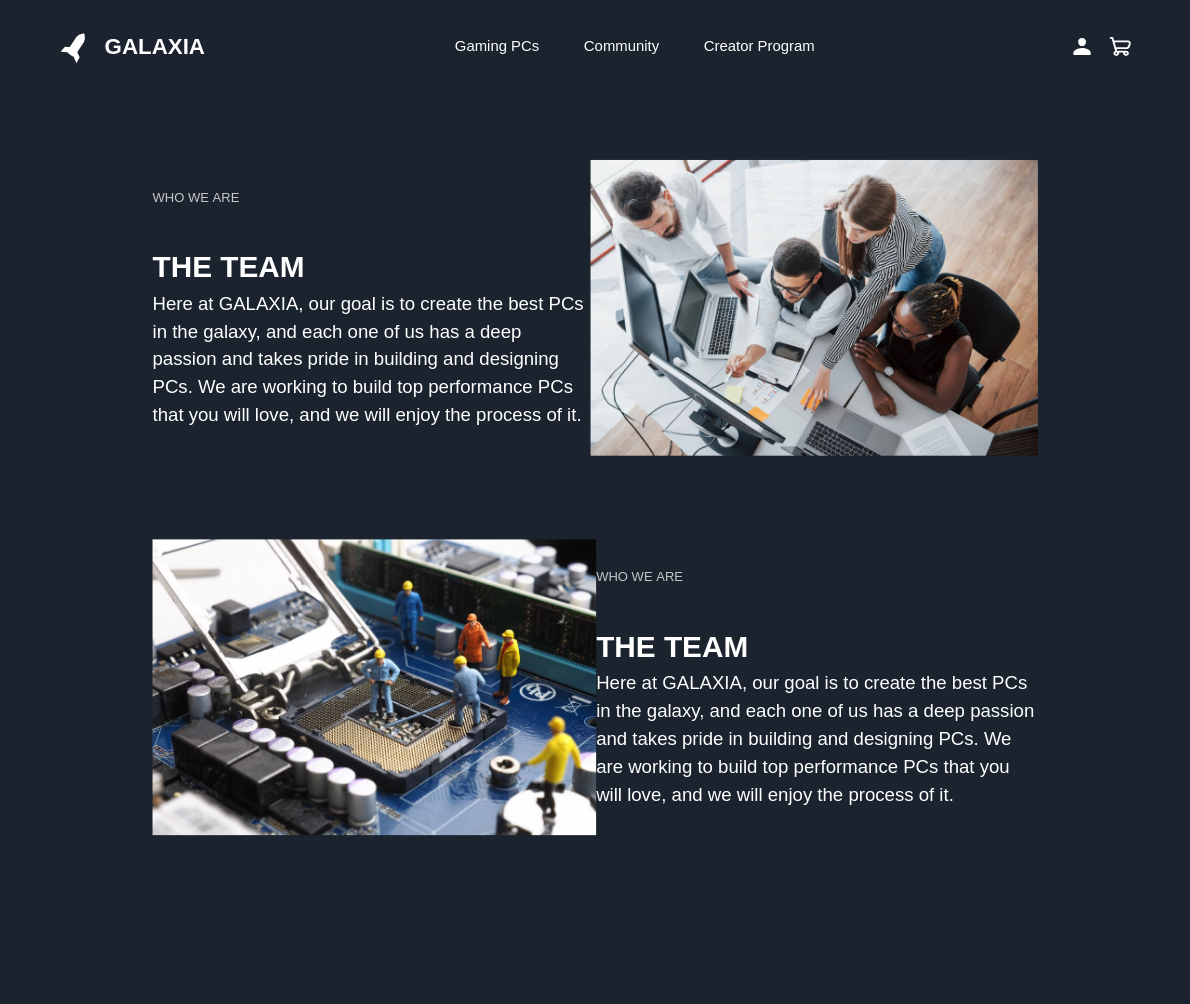
Repository: kaitlynlie/galaxia_pcs
Page: /community
These files come from the project's save history. The page is drawn as it stood at one moment and after the next save; the edit follows.
The browser window is 1280 px wide. The pictures show the part of the page from y = 0 to 1080 px (the page is 2393 px tall before and 2383 px after), at 93% of full size.
Pictures or frames that could not be fetched are drawn as grey boxes. Some web fonts or font styles are not loaded; a fallback is used. The project was rebuilt for these pictures with package versions that can differ from the ones it lists, and the page was loaded fresh each time. Also part of the build but not shown: vite.config.js, components/Button.jsx, components/PCcard.jsx, components/WhyFeatures.jsx, sections/Hero.jsx, sections/Triton.jsx, sections/Neptune.jsx, sections/Jupiter.jsx and 5 more. Imported but missing from the stored project, and not drawn on this page: src/assets/video.mp4.

Above is the page before, as saved 2023-08-08 18:34:50.

### index.html
<!DOCTYPE html>
<html lang="en">
  <head>
    <meta charset="UTF-8" />
    <link rel="icon" type="image/svg+xml" href="/logo.svg" />
    <link rel="preconnect" href="https://stijndv.com" />
    <link rel="stylesheet" href="https://stijndv.com/fonts/Eudoxus-Sans.css" />
    <meta name="viewport" content="width=device-width, initial-scale=1.0" />
    <title>GALAXIA</title>
  </head>
  <body>
    <div id="root"></div>
    <script type="module" src="/src/main.jsx"></script>
  </body>
</html>

### src/main.jsx
import React from 'react'
import App from './App.jsx'
import ReactDOM from 'react-dom';
import { BrowserRouter } from 'react-router-dom';


ReactDOM.render(
  <BrowserRouter>
    <App />
  </BrowserRouter>,
  document.getElementById('root'),
);

### src/App.jsx
import Navbar from '../components/Navbar'
import Home from '../pages/Home'
import Community from '../pages/Community'
import Creator from '../pages/Creator'
import PCs from '../pages/PCs'
import { Route, Routes } from 'react-router-dom'
import React from 'react'
import '../styles/globals.css'

function App() {

  return (
    <>
    <div className='bg-primary-black overflow-hidden'>
      <Navbar />
      <Routes>
        <Route index path="/" element={<Home />} />
        <Route path="pc" element={<PCs />} />
        <Route path="community" element={<Community />} />
        <Route path="creator" element={<Creator />} />
      </Routes>
     </div>
    </>
  )
}

export default App

### components/Navbar.jsx
import { motion } from "framer-motion";
import styles from '../styles'
import { navVariants, textVariant } from '../utils/motion'
import { useState } from "react";
import { RiMenu3Line, RiCloseLine } from 'react-icons/ri';
import { Link } from 'react-router-dom'
import React from 'react'

const Navbar = () => {
  const [toggleMenu, setToggleMenu] = useState(false);

  const [nav, setNav] = useState(false);

  const openNav = () => {
    setNav(!nav);
  };

  return(
   <motion.nav
    variants={navVariants}
    initial="show"
    whileInView="show"
    viewport={{ once: false, amount: 0.25 }}
    className={`${styles.xPaddings} py-8 relative`}
  >
    <div className={`${styles.innerWidth} mx-auto flex justify-between gap-8 inline-block`}>
      <div className="flex flex-row gap-4">
        <img
          src='./logo.svg'
          alt='logo'
          />
          <Link onClick={openNav} to="/"><motion.h1 variants={textVariant(1.1)} className="flex text-white font-bold text-[24px]">
            <a>GALAXIA</a>
          </motion.h1></Link>
      </div>

      <ul className='flex justify-center items-center text-white max-[880px]:hidden block'>
        <Link onClick={openNav} to='/pc'><li className="mr-12"><a>Gaming PCs</a></li></Link>
        <Link onClick={openNav} to='/community'><li className="mr-12"><a>Community</a></li></Link>
        <Link onClick={openNav} to='/creator'><li><a>Creator Program</a></li></Link>
      </ul>

      <div className="relative ml-1 pointer max-[880px]:block hidden z-10">
        {toggleMenu
          ? <RiCloseLine color="#fff" size={27} onClick={() => setToggleMenu(false)} />
          : <RiMenu3Line color="#fff" size={27} onClick={() => setToggleMenu(true)} />}
        {toggleMenu && (
        <div className="flex justify-end items-end flex-col text-end bg-[#026884ce] p-3 absolute top-[40px] right-[10px] mt-1 rounded-[5px] shadow z-10">
          <div className="none">
            <ul className='flex justify-end items-end flex-col text-white text-end p-1'>
              <Link onClick={openNav} to='/pc'><li><a>Gaming PCs</a></li></Link>
              <Link onClick={openNav} to='/community'><li className="mt-2 pointer"><a>Community</a></li></Link>
              <Link onClick={openNav} to='/creator'><li className="mt-2 pointer"><a>Creator Program</a></li></Link>
            </ul>
          </div>
        </div>
        )}
        </div>

        <div className="flex flex-row gap-4 items-center max-[880px]:hidden block">
        <img
          src='./user.svg'
          alt='user'
        />
        <img
          src='./cart.svg'
          alt='cart'
        />
      </div>
      </div>

  </motion.nav>
  );
};

export default Navbar;

### pages/Community.jsx
import { Footer, Navbar } from '../components';
import { People, Video } from '../sections';
import styles from '../styles';
import { TypingText } from '../components';
import React from 'react'

const Community = () => (
  <div className='bg-primary-black overflow-hidden'>
    <div className='relative'>
    {/* <span className={`${styles.xPaddings} font-extrabold text-white text-[40px]`}>COMMUNITY</span> */}
      <People />
      {/* <div className='gradient-03 z-0' /> */}
    </div>
    <div className='relative'>
      <Video />
      <div className={`w-full ${styles.xPaddings} md:px-[100px] mt-10 items-center flex-col flex justify-between relative mb-20`}>
          <TypingText title='WHO WE ARE' textStyles='text-center' />
          <div className={`${styles.xPaddings} font-normal text-center text-secondary-white mt-10 flex-col flex flex-center`}>
              <span className="font-extrabold text-white sm:text-[32px] text-[20px]">THE TEAM</span>
              <p className="text-[20px] text-white">Here at GALAXIA, our goal is to create the best PCs in the galaxy, and each one of us has a deep passion and takes pride in building and designing PCs. We are working to build top performance PCs that you will love, and we will enjoy the process of it.</p>
          </div>
        </div>
      {/* <div className='gradient-04 z-0' /> */}
      <Footer />
    </div>
  </div>
);

export default Community;

### styles/globals.css
@import "tailwindcss/base";

@import "tailwindcss/components";

@import "tailwindcss/utilities";

* {
  margin: 0;
  padding: 0;
  box-sizing: border-box;
  font-family: "Eudoxus Sans", sans-serif;
  scroll-behavior: smooth;
}

.gradient-01 {
  background-image: linear-gradient(
    270deg,
    hsl(295deg 76% 51%) 0%,
    hsl(284deg 70% 73%) 26%,
    hsl(257deg 70% 86%) 39%,
    hsl(202deg 92% 90%) 50%,
    hsl(215deg 77% 81%) 61%,
    hsl(221deg 73% 70%) 74%,
    hsl(220deg 76% 51%) 100%
  );
  filter: blur(125px);
}

.hero-gradient {
  background: linear-gradient(
    97.86deg,
    #a509ff 0%,
    #34acc7 53.65%,
    #a134c7 100%
  );
}

.gradient-02 {
  position: absolute;
  width: 200px;
  height: 438px;
  top: 0px;
  right: 0px;

  background: #7aebfb;
  filter: blur(190px);
}

.glassmorphism {
  background: rgba(255, 255, 255, 0.25);
  box-shadow: 0 8px 32px 0 rgba(31, 38, 135, 0.37);
  backdrop-filter: blur(4px);
  -webkit-backdrop-filter: blur(4px);
  border: 1px solid rgba(255, 255, 255, 0.18);
}

.gradient-03 {
  position: absolute;
  width: 404px;
  height: 800px;
  left: 20%;
  top: 5%;

  background: rgba(149, 66, 232, 0.35);
  filter: blur(175px);
  transform: rotate(-114.2deg);
}

.gradient-04 {
  position: absolute;
  width: 304px;
  height: 100vh;
  left: 30%;
  top: 10%;

  background: rgba(45, 72, 152, 0.75);
  filter: blur(200px);
  transform: rotate(-53.13deg);
}

.gradient-05 {
  background: linear-gradient(
    180deg,
    rgba(255, 255, 255, 0.04) 0%,
    rgba(255, 255, 255, 0) 100%
  );
}

.feedback-gradient {
  position: absolute;
  width: 200px;
  height: 316px;
  left: 0px;
  top: 0px;

  background: #8d39a3;
  filter: blur(175px);
}

.footer-gradient {
  position: absolute;
  width: 500px;
  height: 100px;
  left: 37%;
  bottom: 0;

  background: #65c4fa;
  filter: blur(150px);
}

.object {
  animation: MoveUpDown 4s linear infinite;
  position: relative;
  left: 0;
  bottom: 0;
}

@keyframes MoveUpDown {
  0%, 100% {
    bottom: 0;
  }
  50% {
    bottom: 100px;
  }
}

### styles/index.js
const styles = {
    innerWidth: '2xl:max-w-[1280px] w-full',
    interWidth: 'lg:w-[80%] w-[100%]',

    paddings: 'sm:p-16 xs:p-8 px-6 py-12',
    yPaddings: 'sm:py-16 xs:py-8 py-12',
    xPaddings: 'sm:px-16 px-6',
    topPaddings: 'sm:pt-16 xs:pt-8 pt-12',
    bottomPaddings: 'sm:pb-16 xs:pb-8 pb-12',

    flexCenter: 'flex justify-center items-center',
    flexStart: 'flex justify-start items-start',
    flexEnd: 'flex justify-end',
    navPadding: 'pt-[98px]',

    // hero section
    heroHeading:
        'font-bold lg:text-[144px] md:text-[100px] sm:text-[60px] text-[44px] lg:leading-[158.4px] md:leading-[114.4px] sm:leading-[74.4px] leading-[64.4px] uppercase text-white',
    heroDText:
        'md:w-[212px] sm:w-[80px] w-[60px] md:h-[108px] sm:h-[48px] h-[38px] md:border-[18px] border-[9px] rounded-r-[50px] border-white sm:mx-2 mx-[6px]',
  };

  export default styles;

### utils/motion.js
export const navVariants = {
  hidden: {
    opacity: 0,
    y: -50,
    transition: {
      type: 'spring',
      stiffness: 300,
      damping: 140,
    },
  },
  show: {
    opacity: 1,
    y: 0,
    transition: {
      type: 'spring',
      stiffness: 80,
      delay: 1,
    },
  },
};

export const slideIn = (direction, type, delay, duration) => ({
  hidden: {
    x: direction === 'left' ? '-100%' : direction === 'right' ? '100%' : 0,
    y: direction === 'up' ? '100%' : direction === 'down' ? '100%' : 0,
  },
  show: {
    x: 0,
    y: 0,
    transition: {
      type,
      delay,
      duration,
      ease: 'easeOut',
    },
  },
});

export const staggerContainer = (staggerChildren, delayChildren) => ({
  hidden: {},
  show: {
    transition: {
      staggerChildren,
      delayChildren,
    },
  },
});

export const textVariant = (delay) => ({
  hidden: {
    y: 50,
    opacity: 0,
  },
  show: {
    y: 0,
    opacity: 1,
    transition: {
      type: 'spring',
      duration: 1.25,
      delay,
    },
  },
});

export const textContainer = {
  hidden: {
    opacity: 0,
  },
  show: (i = 1) => ({
    opacity: 1,
    transition: { staggerChildren: 0.1, delayChildren: i * 0.1 },
  }),
};

export const textVariant2 = {
  hidden: {
    opacity: 0,
    y: 20,
  },
  show: {
    opacity: 1,
    y: 0,
    transition: {
      type: 'tween',
      ease: 'easeIn',
    },
  },
};

export const fadeIn = (direction, type, delay, duration) => ({
  hidden: {
    x: direction === 'left' ? 100 : direction === 'right' ? -100 : 0,
    y: direction === 'up' ? 100 : direction === 'down' ? -100 : 0,
    opacity: 0,
  },
  show: {
    x: 0,
    y: 0,
    opacity: 1,
    transition: {
      type,
      delay,
      duration,
      ease: 'easeOut',
    },
  },
});

export const planetVariants = (direction) => ({
  hidden: {
    x: direction === 'left' ? '-100%' : '100%',
    rotate: 120,
  },
  show: {
    x: 0,
    rotate: 0,
    transition: {
      type: 'spring',
      duration: 1.8,
      delay: 0.5,
    },
  },
});

export const zoomIn = (delay, duration) => ({
  hidden: {
    scale: 0,
    opacity: 0,
  },
  show: {
    scale: 1,
    opacity: 1,
    transition: {
      type: 'tween',
      delay,
      duration,
      ease: 'easeOut',
    },
  },
});

export const footerVariants = {
  hidden: {
    opacity: 0,
    y: 50,
    transition: {
      type: 'spring',
      stiffness: 300,
      damping: 140,
    },
  },
  show: {
    opacity: 1,
    y: 0,
    transition: {
      type: 'spring',
      stiffness: 80,
      delay: 0.5,
    },
  },
};

### components/index.js
import Navbar from './Navbar';
import { TypingText, TitleText } from './CustomTexts';
import PCcard from './PCcard';
import WhyFeatures from './WhyFeatures';
import Footer from './Footer';
import Button from './Button';

export {
  Navbar,
  TitleText,
  TypingText,
  WhyFeatures,
  PCcard,
  Footer,
  Button,
};

### sections/index.js
import Hero from './Hero';
import Triton from './Triton';
import Neptune from './Neptune';
import Jupiter from './Jupiter';
import WhyUs from './WhyUs';
import People from './People';
import Video from './Video'
import Program from './Program'

export {
  Hero,
  Triton,
  Neptune,
  Jupiter,
  WhyUs,
  People,
  Video,
  Program
};

### components/CustomTexts.jsx
'use client';

import { motion } from "framer-motion";
import { textContainer, textVariant2 } from '../utils/motion'

export const TypingText = ({ title, textStyles}) => (
  <motion.p
    variants={textContainer}
    className={`font-normal text-[14px] text-secondary-white ${textStyles}`}
  >
    {Array.from(title).map((letter, index) => (
      <motion.span variants={textVariant2} key={index}>
        {letter === ' ' ? '\u00A0' : letter}
      </motion.span>
    ))}
  </motion.p>
);

export const TitleText = ({ title, textStyles}) => (
  <motion.h2
    variants={textVariant2}
    initial='hidden'
    whileInView='show'
    className={`mt-[22px] font-bold text-[32px] text-white ${textStyles}`}>
      {title}
  </motion.h2>
);

### components/Footer.jsx
'use client';
import { motion } from "framer-motion";
import { socials } from "../constants";
import styles from "../styles";
import { footerVariants } from "../utils/motion";

const Footer = () => (
  <motion.footer
    variants={footerVariants}
    initial='show'
    whileInView='show'
    viewport={{ once: true, amount: 0.25 }}
    className={`${styles.paddings} py-8 relative`}>
    {/* <div className="footer-gradient" /> */}
    <div className={`${styles.innerWidth} mx-auto flex flex-col gap-8`}>
      <div className="flex items-center sm:justify-between flex-wrap gap-5">
        <h4 className="font-bold md:text-[64px] text-[44px] text-white">Stay Up to Date</h4>
        <button type="button" className="flex items-center h-fit py-4 px-6 bg-[#25618b] rounded-[32px] gap-[12px]">
          <img src='/logo.svg' alt='logo' className="w-[24px] h-[24px] object-contains"/>
          <span className="font-normal text-[16px] text-white">Sign Up</span>
        </button>
      </div>

      <div className="flex flex-col">
        <div className="mb-[50px] h-[2px] bg-white opacity-10"/>
        <div className="flex items-center justify-between flex-wrap gap-4">
          <h4 className="font-extrabold text-[24px] text-white">GALAXIA</h4>
          <p className="font-normal text-[14px] text-white opacity-50">
          Copyright © 2023 - 2024 Galaxia. All rights reserved.
          </p>
          <div className="flex gap-4">
            {socials.map((social) => (
              <img
                key={social.name}
                src={social.url}
                alt={social.name}
                className="w-[24px] h-[24px] object-contain cursor-pointer" />
            ))}
          </div>
        </div>
      </div>
    </div>
  </motion.footer>
);

export default Footer;

### sections/People.jsx
import React from 'react'

import { motion } from "framer-motion";
import { TypingText, Button } from '../components'
import styles from '../styles';
import { fadeIn, staggerContainer } from '../utils/motion';

const People = () => (
    <section className={`${styles.xPaddings} relative z-10 py-8 flex flex-col justify-center items-center mt-10 gap-[10px]`}>
      <div className={`${styles.innerWidth} md:px-[100px] mb-0 items-center flex-row max-[1234px]:flex-col flex justify-between`}>

        {/* <div className='mr-24 max-[1234px]:mr-0'> */}
        <div>
          <TypingText title='WHO WE ARE' textStyles='text-start max-[1234px]:text-center' />
          <div className="font-normal text-start max-[1234px]:text-center text-secondary-white mt-10 flex-col flex flex-center">
              <span className="font-extrabold text-white sm:text-[32px] text-[20px]">THE TEAM</span>
              <p className="text-[20px] text-white">Here at GALAXIA, our goal is to create the best PCs in the galaxy, and each one of us has a deep passion and takes pride in building and designing PCs. We are working to build top performance PCs that you will love, and we will enjoy the process of it.</p>
          </div>
        </div>

          <img
            src="/team.png"
            alt="team"
            className="z-10 relative w-[90%] h-[90%] max-[1234px]:mt-20 max-[1234px]:hidden"
          />
    </div>

    <div className={`${styles.innerWidth} ${styles.xPaddings} md:px-[100px] mb-0 items-center flex-row max-[1234px]:flex-col flex flex-start justify-between mt-20`}>
      <img
        src="/process.png"
        alt="process"
        className="z-10 relative w-[90%] h-[90%]"
      />

      {/* <div className='ml-24 max-[1234px]:ml-0 max-[1234px]:mt-20'> */}
      <div>
        <TypingText title='WHO WE ARE' textStyles='text-start max-[1234px]:text-center' />
        <motion.div
          variants={fadeIn('up', 'tween', 0.2, 1)}
          viewport={{ once: true, amount: 0.25}}
          className="font-normal max-[1234px]:text-center text-start text-secondary-white mt-10 flex-col flex flex-center">
            <span className="font-extrabold text-white sm:text-[32px] text-[20px]">THE TEAM</span>
            <p className="text-[20px] text-white">Here at GALAXIA, our goal is to create the best PCs in the galaxy, and each one of us has a deep passion and takes pride in building and designing PCs. We are working to build top performance PCs that you will love, and we will enjoy the process of it.</p>
        </motion.div>
      </div>
    </div>
</section>
);

export default People

### sections/Video.jsx
import React, { useState } from 'react';
import { BsFillPlayFill, BsPauseFill } from 'react-icons/bs'
import { video } from '../src/assets';
import styles from '../styles';
import { TypingText } from '../components';

const Video = () => {
  const vidRef = React.useRef();
  const [playVideo, setplayVideo] = React.useState(false)
  const handleVideo = () => {
    setplayVideo((prevPlayVideo) => !prevPlayVideo)
    if(playVideo) {
      vidRef.current.pause();
    } else {
      vidRef.current.play();
    }
  }
  return (
    <div className={`h-screen relative mt-20 max-[1200px]:px-0 px-80 py-20 max-[1200px]:py-0`}>
      <video
        src={video}
        ref={vidRef}
        className='object-cover w-[100%] h-[100%]'
        type='video/mp4'
        loop
        controls = {false}
        muted
      />
      <div className='absolute flex justify-center items-center inset-0'>
        <div
        className='flex justify-center items-center pointer rounded-full border border-white w-[100px] h-[100px]'
        onClick={handleVideo}>
          {playVideo
          ? ( <BsPauseFill color='#fff' fontSize={50}/>
          ) : <BsFillPlayFill color='#fff' fontSize={50}/> }
        </div>
      </div>
    </div>
  )
};

export default Video;

### constants/index.js
export const neptuneSet = [
  {
    imgUrl: '/pc3.png',
    title: 'THALASSA',
    price: '$1,099.99 USD',
    xprice: '$1,299.99 USD',
  },
  {
    imgUrl: '/pc2.png',
    title: 'NEREID',
    price: '$1,399.99 USD',
    xprice: '$1,699.99 USD',
  },
  {
    imgUrl: '/pc1.png',
    title: 'TRITON',
    price: '$1,599.99 USD',
    xprice: '$1,999.99 USD'
  }
];

export const jupiterSet = [
  {
    imgUrl: '/pc4.png',
    title: 'EUROPA',
    price: '$2,499.99 USD',
    xprice: '$2,699.99 USD',
  },
  {
    imgUrl: '/pc5.png',
    title: 'CALLISTO',
    price: '$2,599.99 USD',
    xprice: '$2,799.99 USD',
  },
  {
    imgUrl: '/pc6.png',
    title: 'GANYMEDE',
    price: '$2,799.99 USD',
    xprice: '$2,999.99 USD'
  }
]

export const whyUs = [
  {
    number: 1,
    subtitle: 'Built with the highest quality of materials, Galaxia hand builds and ships worldwide, delivering with a white glove service.'
  },
  {
    number: 2,
    subtitle: 'We offer a 1 year full parts and labor warranty in case anything happens, so you can spend your time having fun instead fo worrying.'
  },
  {
    number: 3,
    subtitle: 'We are not lying when we say we have the highest performing PCs in the galaxy, with quality parts and expert craftmanship for the best experience.'
  }
]

export const creators = [
  {
    number: 1,
    subtitle: 'When you sign up for our GALAXIA creator program, your application will be interviewed by our team. Then, if you are the right fit, you will receive a response.'
  },
  {
    number: 2,
    subtitle: 'If you have been accepted to our program, then congratulations! You will receive a welcome email, tracking link, creator panel, and more you will need to be a GALAXIA creator.'
  },
  {
    number: 3,
    subtitle: 'Once your creator panel is up and running, you will receive 5% of every sale you make by using your link!'
  }
]

export const socials = [
  {
    name: 'twitter',
    url: '/twitter.svg',
  },
  {
    name: 'linkedin',
    url: '/linkedin.svg',
  },
  {
    name: 'instagram',
    url: '/instagram.svg',
  },
  {
    name: 'facebook',
    url: '/facebook.svg',
  },
];

### src/assets/index.js
import video from './video.mp4'

export {
    video
}

### tailwind.config.js
/** @type {import('tailwindcss').Config} */
module.exports = {
  content: [
    "./src/**/*.{html,js,jsx}",
    './pages/**/*.{html,js,jsx}',
    './components/**/*.{html,js,jsx}',
    './sections/**/*.{html,js,jsx}',
    './styles/**/*.{js,jsx}',
  ],
  mode: 'jit',
  theme: {
    extend: {
      colors: {
        'primary-black': '#1A232E',
        'secondary-white': '#c7c7c7',
      },
      transitionTimingFunction: {
        'out-flex': 'cubic-bezier(0.05, 0.6, 0.4, 0.9)',
      },
    },
  },
  plugins: [],
};

After the next save:
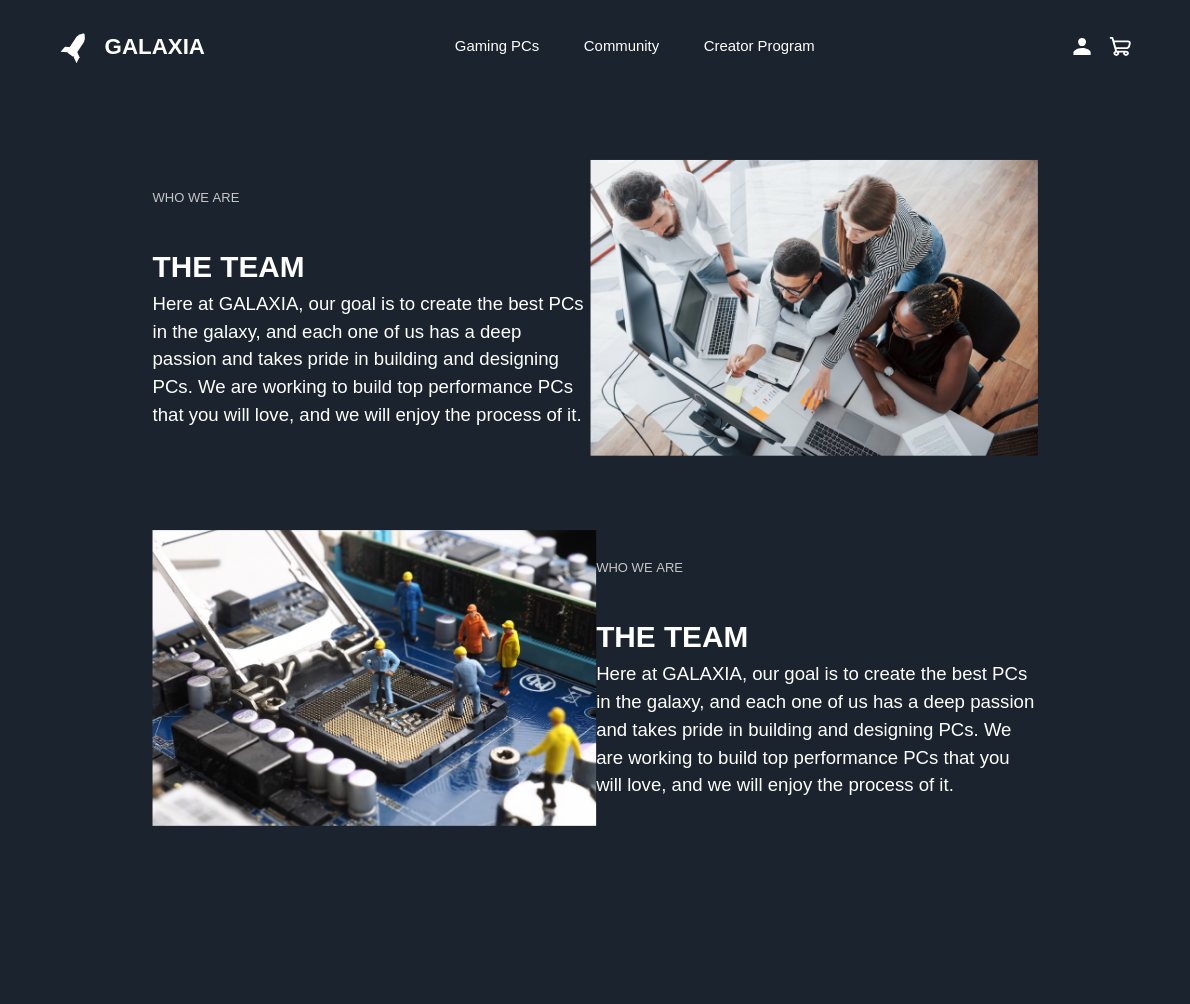
Saved 4 s later.
--- a/sections/People.jsx
+++ b/sections/People.jsx
@@ -6,7 +6,7 @@
 import { fadeIn, staggerContainer } from '../utils/motion';
 
 const People = () => (
-    <section className={`${styles.xPaddings} relative z-10 py-8 flex flex-col justify-center items-center mt-10 gap-[10px]`}>
+    <section className={`${styles.xPaddings} relative z-10 py-8 flex flex-col justify-center items-center mt-10`}>
       <div className={`${styles.innerWidth} md:px-[100px] mb-0 items-center flex-row max-[1234px]:flex-col flex justify-between`}>
 
         {/* <div className='mr-24 max-[1234px]:mr-0'> */}
